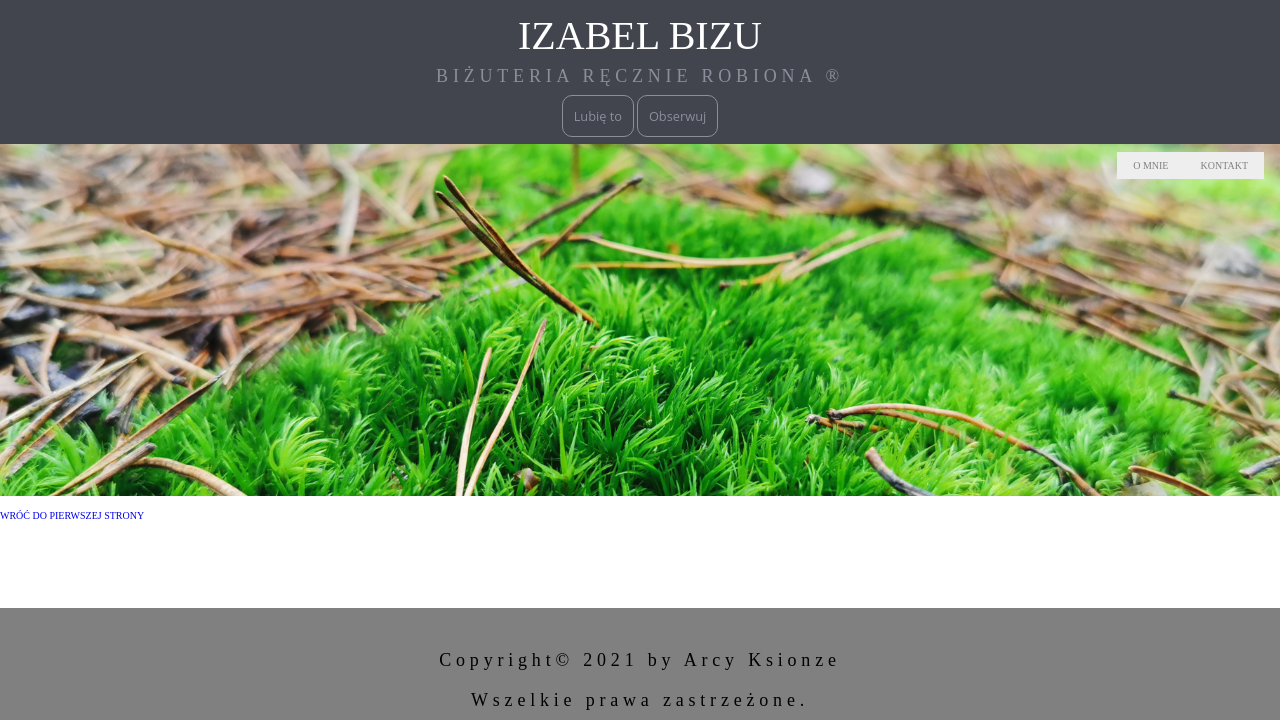
Repository: arcyksionze/strona_izy
Page: index2.html
These files come from the project's save history. The page is drawn as it stood at one moment and after a run of saves; the edit follows.
The browser window is 1280 px wide. The pictures show the whole page.
Some web fonts or font styles are not loaded; a fallback is used.

Above is the page before, as saved 2021-04-11 23:34:56.

### index2.html
<!DOCTYPE html>
<html lang="pl">

<head>
    <link rel="stylesheet" type="text/css" href="main2.css">
    <meta charset="UTF-8">
    <meta http-equiv="X-UA-Compatible" content="IE=edge">
    <meta name="viewport" content="width=device-width, initial-scale=1"> <!-- pozwala średzić w przeglądarce wygląd -->
    <meta name="arcy" content="arcy ksionze">
    <meta name="description" content="Biżuteria ręcznie robiona. ">
    <!-- bardzo ważny parametr w content opisuemy krótko to co wyświetlane jes póżniej pod tytułem strony w wyszukiwarce -->
    <title>Izabel-BIZU: Biżuteria ręcznie robiona</title>
    <link rel="preconnect" href="https://fonts.gstatic.com">
    <link href="https://fonts.googleapis.com/css2?family=Merienda&display=swap" rel="stylesheet">
    <!-- ważne aby wybrać czcionkę oznaczoną jako Latin Extended wtedy mamy pewność, że polskie znaki będą obsługiwane -->
</head>

<body>
    <header class="sek1">
        <div class="nag">
            <h1>IZABEL BIZU</h1>
        </div>

        <div class="akap">
            <p>BIŻUTERIA RĘCZNIE ROBIONA &reg; </p>
        </div>

        <div class="przycisk">
            <a class="przycisk1" href="#">Lubię to</a>
            <a class="przycisk2" href="#">Obserwuj</a>
        </div>
    </header>

    <nav class="sek2">
        <ul>
            <li><a href="#" class="kontakt">KONTAKT</a></li>
            <li><a href="#" class="omnie">O MNIE</a></li>
        </ul>
    </nav>

    <section class="zdj">
        <div class="sek3">
            <h2></h2>
            <!-- target blank powoduje otwarcie nowej zakładki po kliknięciu. target stosujemy tylko wtedy kiedy chcemy aby link przekierował kogoś na zewnętrzną lokalizację, w ramach naszej strony nie stosujemy tego typu rozwiązania. Jeśli chcemy aby po kliknięciu nastąpiło przeniesienie na jakąć część/sekcję na danej stronie stosujemy identyfikatory id i dodajemy w href="#nazwasekcji"-->
        </div>
    </section>
    <!--
    <div class="sek6">
      <a href="http://www.eduweb.pl" target="blank"> eduweb.pl</a>
      <a href="https://www.google.com" target="blank">Google</a>
      <a href="https://twitter.com" target="blank">Twitter</a>
			<a href="https://www.facebook.com" target="blank">Facebook</a>
    </div>
-->
    <div class="sek4">
        <a href="index.html" title="Powrót do strony 1">WRÓĆ DO PIERWSZEJ STRONY </a>
        <!-- <a href="index3.html" title="Powrót do strony 1">Do przodu</a> -->
    </div>
    <footer class="sek5">
        <p>Copyright&copy; 2021 by Arcy Ksionze</p>
        <p>Wszelkie prawa zastrzeżone.</p>
    </footer>

</body>

</html>

### main2.css
/* reset meyere */
@import url("reset-css.css");

@font-face {
	font-family: "alex";
	src: url("alex.ttf");
	src: url(KaushanScript-Regular.otf);
}

@font-face {
	font-family: "kau";
	src: url(KaushanScript-Regular.otf);
}

body {
	/* WSZYSTKO */
	font-family: Merriweather, 'Times New Roman', serif;
	font-size: 10px;
	line-height: 2.5rem;
	/* odstęp pomiędzy wierszami */
}

/*
1) font-weight: pogrubienie tekstu
2) line-height: odstępy pomiędzy wierszami tekstu
3) font-style: tekst pochylony
4) text-indent: wcięcie w tekście w rem
5) text-transform: uppercase - zmienia trzcionkę na WIELKIE LITERY
6) text-decoration: np możemy ustawiś podkreślanie textu
*/

h1 {
	/* IZABEL BIZU */
	font-size: 2.5rem;
}

h2 {
	/* to jest pierwsza podstrona */
	font-family: 'Open Sans'Arial, sans-serif;
	font-size: 1.6rem;
	color: #e5127d;
}

p {
	/*Biżuteria ręcznie robiona i ...:)  */
	font-size: 1.125rem;
	/* wielkość czcionki */
	letter-spacing: 0.3rem;
	/* odległość pomiędzy literami */
	color: #8c8e9b;
}

a {
	/* wszystkie a: lubię to, Obserwuj, pokaż więcej i pokaż więcej postów */
	text-decoration: none;
	/* brak podkreślenia w "a" lubię to i Obserwuj */
}

.sek1 {
	/* to jest nagłówek z IZABEL BIZU, BIŻUTERIA RĘCZNIE ROBIONA ORAZ LUBIĘ TO I OBSERWUJ */
	display: flex;
	flex-direction: column;
	text-align: center;
	background-color: #42444e;
	color: white;
	width: 100vw;
	padding-top: 1rem;
	padding-bottom: 0.5rem;
}

.przycisk1,.przycisk2 {
	font-family: "Open Sans", sans-serif;
	font-size: 0.8rem;
	border: 1px solid #8c8e9b;
	/* obwódka, krawędź */
	color: #8c8e9b;
	border-radius: 10px;
	/* zaokrąglone krawędzie obwódki */
	padding: 0.7rem;
	;
}

.przycisk1:hover {
	border: 1px solid gray;
	background-color: aqua;
}

.przycisk2:hover {
	border: 1px solid gray;
	background-color: aqua;
}

ul {
	display: flex;
	flex-direction: row-reverse;
}

.sek2 {
	text-align: center;
	width: 100vw;
}

.kontakt,
.omnie {
	background-color: #eee;
	color: gray;
	padding-left: 1rem;
	padding-right: 1rem;
	padding-top: 0.5rem;
	padding-bottom: 0.5rem;
}

.kontakt {
	margin-right: 1rem;
}

.omnie:hover {
	background-color: aqua;
}

.kontakt:hover {
	background-color: aqua;
}

.sek3 {
	background-image: url(obrazy/IMG_20210106_140751.jpg);
	background-size: cover;
	background-repeat: no-repeat;
	background-position: center center;
	margin-top: -2.6rem;
	font-family: 'Merienda';
	height: 6rem;
	text-align: center;
	padding: 10%;
}

.sek4 {
	position: fixed;
	color: purple;
	text-align: right;
}

.sek5 {
	position: absolute;
	width: 100%;
	height: 5rem;
	bottom: 0;
	background-color: grey;
	text-align: center;
	padding-top: 2rem;
}

.sek5 p {
	color: black;
}

.sek6 {
	width: 100%;
	height: 5rem;
	text-align: center;
}

.sek6 a:link {
	/* nieodwiedzony link */
	/* kolejność tych pozycji jest istotna */
	color: #FF0000;
}

/* odwiedzony link */
.sek6 a:visited {
	color: #00FF00;
}

/* po najechaniu */
.sek6 a:hover {
	color: #FF00FF;
	padding: 20px;
	background-color: cornflowerblue;
	font-size: 40px;
}

/* aktywny */
.sek6 a:active {
	color: #0000FF;
}


/* margin: 1 2 3 4 tzn. 1 górny margines, 2 prawy, 3 dolny, 4 lewy; jeśli wpiszemy tylko dwie wartości będą oznaczały: 1-góra i dół 2- prawo i lewo; wielkość np 20px auto oznacza że 20px to margines górny i dolny natomiast lewy iprawy będzie ustawiony automatycznie */

/* 1em i 1rem=100% */

/* POZYCJONOWANIE */
/*
1) position: relative - pozwala nam dodawanie marginesów z ręki. np. margin-top itp. kontenery mogą się na siebie nachodzić
2) position: absolute: odnosi się do rodzica
3) position: fixed - ustawia kontemer zawsze w tym samym miejscu przeglądarki podczas przeciągania
4) float left lub right jest to opcja powodująca opływanie tekstu. clear: both skreśla wcześniejsze float left lub right

*/

Loaded but not shown: reset-css.css (common file)

After the next 3 saves:
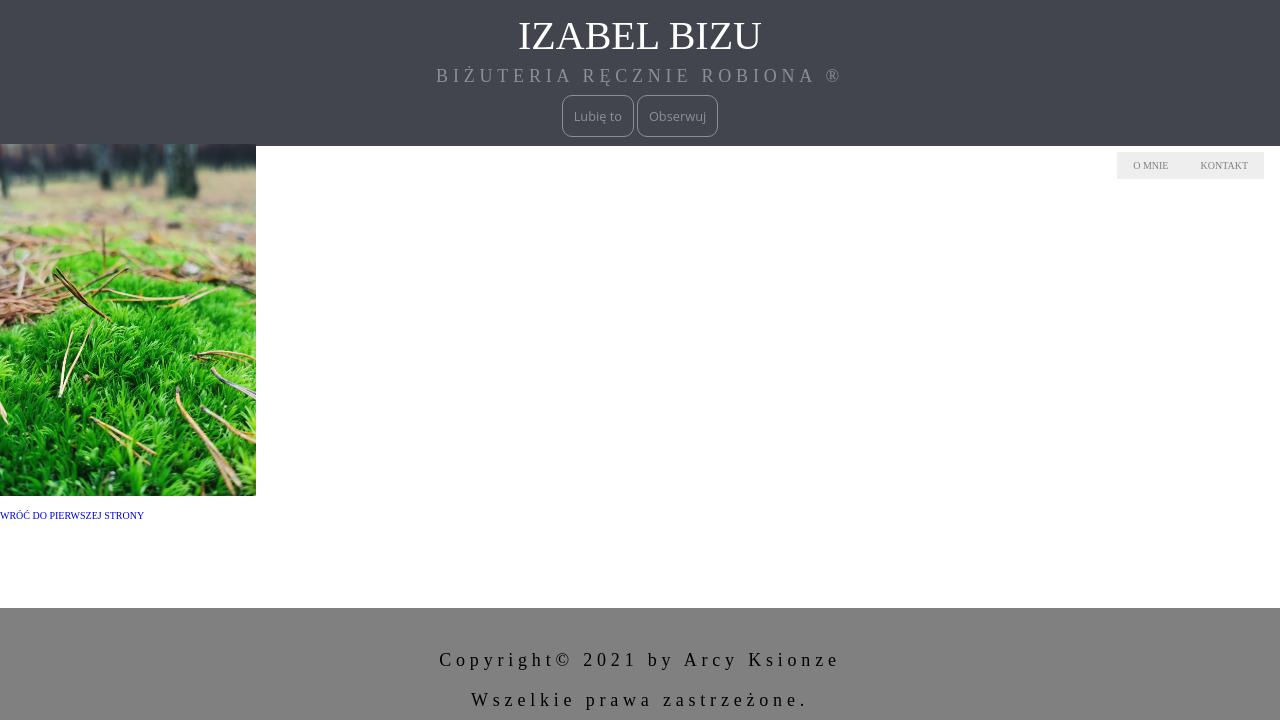
The 3 saves are shown as one change because they came seconds apart.
The last was saved 36 s later.
--- a/main2.css
+++ b/main2.css
@@ -122,6 +122,10 @@
 	background-color: aqua;
 }
 
+.zdj {
+	display: flex;
+}
+
 .sek3 {
 	background-image: url(obrazy/IMG_20210106_140751.jpg);
 	background-size: cover;
